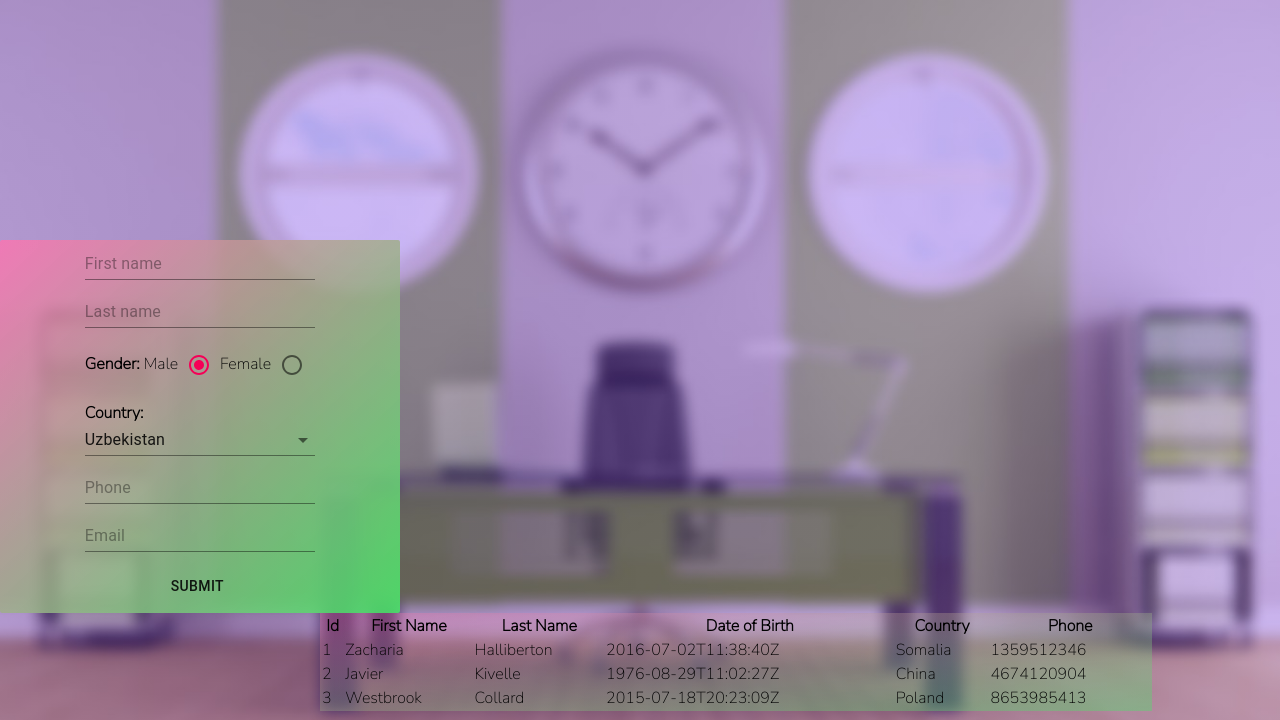
Repository: abrorsaidov/table-table
Page: /
The author's editor kept a copy of each file at every save. The page is drawn from the files as they stood at one save, then again after the next save.
The browser window is 1280 px wide. The pictures show the whole page.
The project was rebuilt for these pictures with package versions that can differ from the ones it lists, and the page was loaded fresh each time. Also part of the build but not shown: src/components/ComponentC.js.

Above is the page before, as saved 2020-12-05 00:38:11.

### src/App.js
import React, { useContext } from 'react';
import './App.css';
import UserContext from './components/userContext';
import State from './components/state';
import ComponentC from './components/ComponentC';
import Forms from './components/Forms';
import MyTable from './components/MyTable';

function App() {
    return (
        <State>
            <div className='App'>
                <Forms />
                <MyTable />
            </div>
        </State>
    );
}

export default App;

### src/App.css
@import url("https://fonts.googleapis.com/css2?family=Nunito+Sans:wght@200&display=swap");

* {
  margin: 0;
  padding: 0;
}

body {
  background: linear-gradient(
      to bottom right,
      rgba(104, 37, 238, 0.3),
      rgba(104, 37, 238, 0.3)
    ),
    url("../src/office.jpg");
  background-attachment: fixed;
  background-repeat: no-repeat;
  font-family: "Nunito Sans", sans-serif;
  background-size: cover;
}

.form-wrapper {
  background: linear-gradient(
    to bottom right,
    rgba(255, 114, 175, 0.8),
    rgba(75, 226, 105, 0.9)
  );
  display: flex;
  flex-direction: column;
  justify-content: center;
  align-items: center;
  width: 30%;
  left: 10%;
  border-radius: 2px;
  margin-top: 15em;
  /* transform: translateY(50%); */
  padding: 0.5em;
}

.text {
  width: 60%;
}
.text .country {
  display: flex;
  justify-content: space-between;
}
.text {
  margin-bottom: 1em;
}
label.main {
  font-weight: bold;
}

.submit-btn {
  background: rgba(129, 232, 27, 0.912);
  width: 60%;
  text-align: center;
  border-radius: 7px;
}
small.error {
  display: block;
  color: red;
}
small.hide {
  color: red;
  display: none;
}

option {
  cursor: pointer;
}

.inputs {
  width: 100%;
}

.myTable {
  background: linear-gradient(
    to bottom right,
    rgba(255, 114, 175, 0.337),
    rgba(75, 226, 105, 0.4)
  );
  position: absolute;
  width: 65%;
  right: 10%;
  /* justify-content: center;
  display: flex; */
}

### src/components/state.js
import React, { useReducer } from 'react';
import reducer from './reducer';
import UserContext from './userContext';

const State = props => {
    const initialState = {
        loading: false,
    };

    const [state, dispatch] = useReducer(reducer, initialState);

    const setLoading = () => {
        dispatch({
            type: 'LOADING',
        });
    };

    const clearLoading = () => {
        dispatch({
            type: 'CLEAR_LOADING',
        });
    };

    return (
        <UserContext.Provider
            value={{ loading: state.loading, setLoading, clearLoading }}
        >
            {props.children}
        </UserContext.Provider>
    );
};

export default State;

### src/components/MyTable.js
import React, { useMemo } from 'react';
import { useTable } from 'react-table';
import MOCK_DATA from './MOCK_DATA.json';
import { COLUMNS } from './columns';

const MyTable = () => {
    const columns = useMemo(() => COLUMNS, []);
    const data = useMemo(() => MOCK_DATA, []);

    const tableInstance = useTable({
        columns,
        data,
    });

    const {
        getTableProps,
        getTableBodyProps,
        headerGroups,
        rows,
        prepareRow,
    } = tableInstance;

    return (
        <table className={'myTable'} {...getTableProps()}>
            <thead>
                {headerGroups.map(headerGroup => (
                    <tr {...headerGroup.getHeaderGroupProps()}>
                        {headerGroup.headers.map(column => (
                            <th {...column.getHeaderProps()}>
                                {column.render('Header')}
                            </th>
                        ))}
                    </tr>
                ))}
            </thead>
            <tbody {...getTableBodyProps()}>
                {rows.map(row => {
                    prepareRow(row);
                    return (
                        <tr {...row.getRowProps()}>
                            {row.cells.map(cell => {
                                return (
                                    <td {...cell.getCellProps()}>
                                        {cell.render('Cell')}
                                    </td>
                                );
                            })}
                        </tr>
                    );
                })}
            </tbody>
        </table>
    );
};

export default MyTable;

### src/components/reducer.js
export default (state, action) => {
    switch (action.type) {
        case 'LOADING':
            return {
                ...state,
                loading: true,
            };
        case 'CLEAR_LOADING':
            return {
                ...state,
                loading: false,
            };
    }
};

### src/components/columns.js
export const COLUMNS = [
    {
        Header: 'Id',
        accessor: 'id',
    },
    {
        Header: 'First Name',
        accessor: 'first_name',
    },
    {
        Header: 'Last Name',
        accessor: 'last_name',
    },
    {
        Header: 'Date of Birth',
        accessor: 'date_of_birth',
    },
    {
        Header: 'Country',
        accessor: 'country',
    },
    {
        Header: 'Phone',
        accessor: 'phone',
    },
];

Loaded but not shown: public/index.html (common file); src/index.js (common file); src/index.css (common file); src/reportWebVitals.js (common file); src/components/userContext.js (common file); src/components/MOCK_DATA.json (32 lines, source omitted); src/components/Forms.js (492 lines, source omitted)

After the next save:
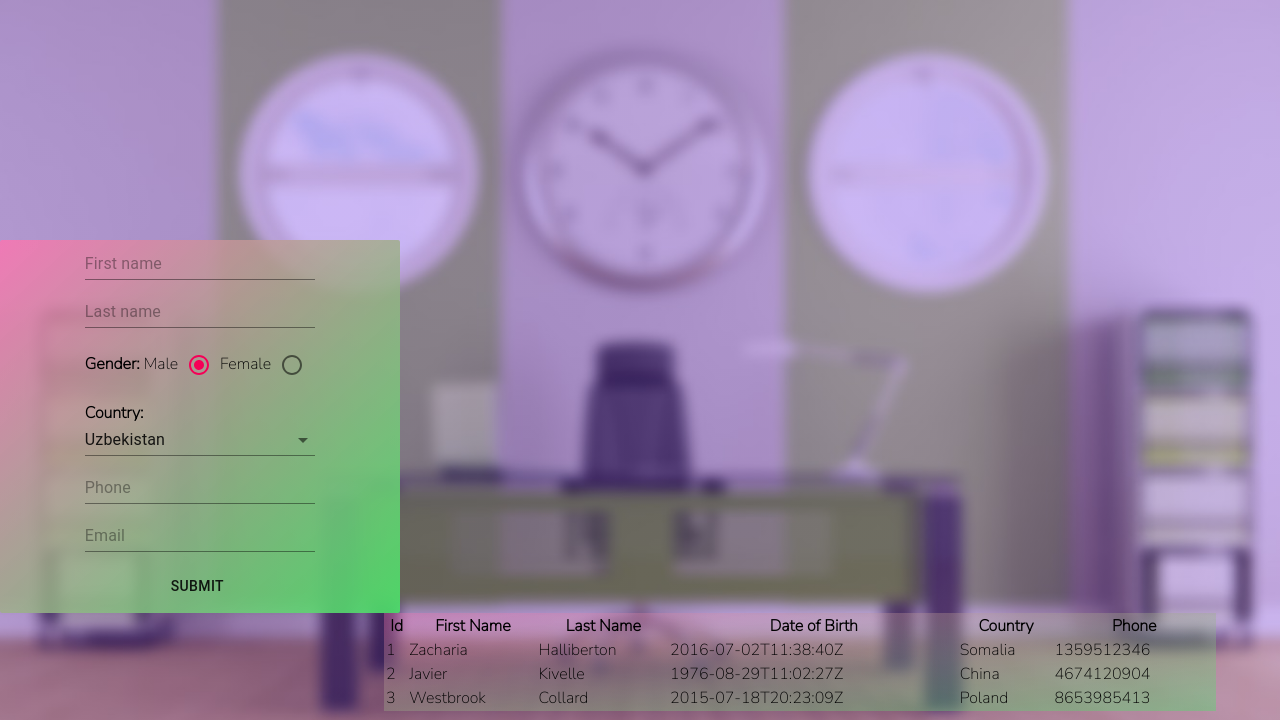
Saved 12 s later.
--- a/src/App.css
+++ b/src/App.css
@@ -81,7 +81,7 @@ option {
   );
   position: absolute;
   width: 65%;
-  right: 10%;
+  right: 5%;
   /* justify-content: center;
   display: flex; */
 }
